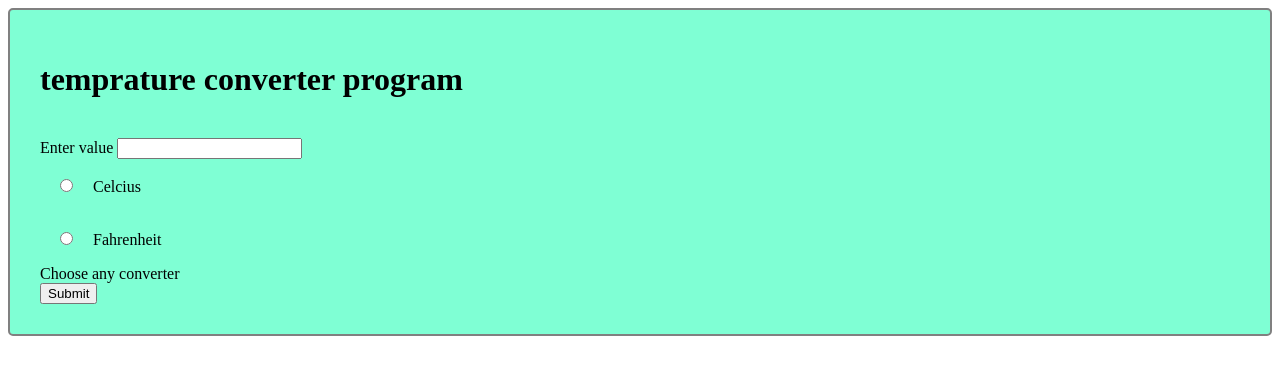
Repository: albinsabu2023/Stopwatch-program
Page: index.html
An editor plug-in stored every save of this project. The page is shown before and after the next save, followed by the edit.
The browser window is 1280 px wide. The pictures show the whole page.

Above is the page before, as saved 2023-03-02 23:09:48.

### index.html
<!DOCTYPE html>

<head>
    <meta charset="UTF-8">
    <meta http-equiv="X-UA-Compatible" content="IE=edge">
    <meta name="viewport" content="width=device-width, initial-scale=1.0">
    <link rel="stylesheet" href="style.css">
    <title>Document</title>
</head>
    <div class="c-1">


        <h1>temprature converter program</h1><br>
        <label>Enter value</label>
        <input type="text" id="text"></input><br>

        <input type="radio"  id="cel" name="temp">Celcius</input><br>
        <input type="radio" id="far" name ="temp">Fahrenheit</input><br>
        <label id="ans"> Choose any converter</label><br>
        <button type="submit" id ="submit">Submit</button>
    </div>
    <script src="index.js"></script>
</body>
</html>

### style.css
.c-1{
    padding: 30px;
    border: 2px solid gray;
    border-radius: 5px;
    background-color: aquamarine;
}
#cel,#far{
    margin: 20px;
}

### index.js
//SCOPE
/** let is limited to block
 *  var is referenced to a function
 * for(var i){
 * }
 * console.log(i) /// ERRROR!!!! cant acces
 *
 */

//locale and options
//  -----------------------
// let num = 1234.56;
// num = num.toLocaleString("en-us"); ///english usa
// console.log(num);
// num = num.toLocaleString("hi-In"); //hindi india
// console.log(num);
// num = num.toLocaleString("de-De"); //standard german
// console.log(num);
//  convert to currency
//  TO CURRENCY
//------------------

// let num = 12345.467;
// num = num.toLocaleString("en-US", { style: "currency", currency: "INR" });
// console.log(num);
//TO UNIT AND PERCENTAGE
//-----------------------------------
// num = num.toLocaleString("undefined", { style: "percentage", });
// num = num.toLocaleString("undefined", { style: "unit",,unit:"celcius" });

//NUMBER GUESSING PROGRAM
{
  /* <h1>Number Guessing Game</h1>
    <p>Pick a number between 1 to 10</p>
    <label>enter a guess</label>
    <input id="guess" type="text"></input>
    <input type="submit" id="submit"></input> */
}
// const ans = Math.floor(Math.random() * 10 + 1);
// let guess = 0;
// document.getElementById("submit").onclick = function () {
//   guess = document.getElementById("guess").value;
//   if (guess == ans) {
//     alert(`${ans} is the number it took ${guess} `);
//   } else if (guess < ans) {
//     console.log("too small");
//   } else if (guess > num) {
//     console.log("too big");
//   }
// };

//TEMPRATURE CONVERTER PROGRAM

document.getElementById("submit").onclick = function () {
  let temp;

  if (document.getElementById("cel").checked) {
    temp = document.getElementById("text").value;
    temp = Number(temp);
    let res = toCel(temp);
    document.getElementById("ans").innerHTML =
      " you enterd in celcius  is" + res;
  } else if (document.getElementById("far").checked) {
    temp = document.getElementById("text").value;
    temp = Number(temp);
    let res = toFar(temp);
    document.getElementById("ans").innerHTML =
      "you enterd in faranheit  is " + res;
  } else {
    document.getElementById("ans").innerHTML = "please choose one";
  }
};

function toCel(temp) {
  return (temp - 32) * (5 / 9);
}
function toFar(temp) {
  return (temp * 9) / 5 + 32;
}

After the next save:
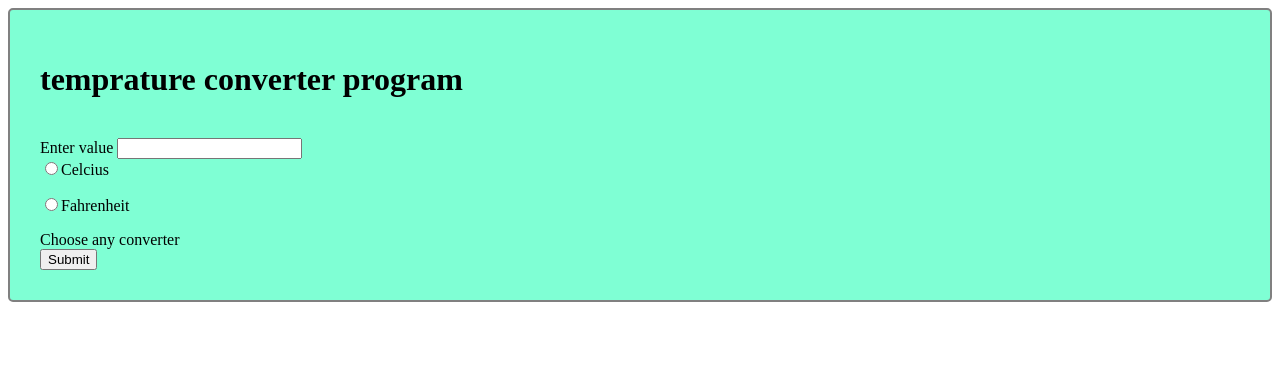
Saved 9 s later.
--- a/style.css
+++ b/style.css
@@ -5,5 +5,5 @@
     background-color: aquamarine;
 }
 #cel,#far{
-    margin: 20px;
+    margin-bottom: 20px;
 }
